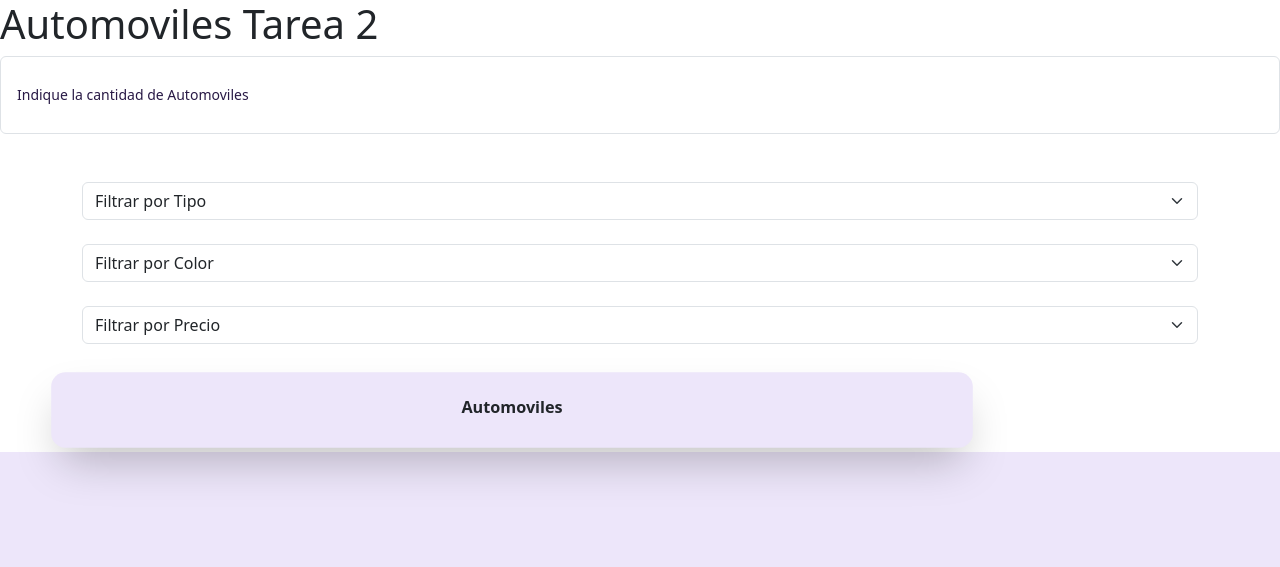
Repository: Claudioxs/Tarea2
Page: /automovil (app in FrontEnd/vue-project/)
The author's editor kept a copy of each file at every save. The page is drawn from the files as they stood at one save, then again after the next save.
The browser window is 1280 px wide. The pictures show the whole page.
The project was rebuilt for these pictures with package versions that can differ from the ones it lists, and the page was loaded fresh each time. Also part of the build but not shown: FrontEnd/vue-project/vite.config.js, FrontEnd/vue-project/src/components/HelloWorld.vue.

Above is the page before, as saved 2023-05-22 23:45:30.

### FrontEnd/vue-project/src/main.js


import { createApp } from 'vue'
import App from './App.vue'
import router from './router'
import './style.css'
import 'bootstrap/dist/css/bootstrap.css'
import bootstrap from 'bootstrap/dist/js/bootstrap.bundle.js'

const app = createApp(App)

app.use(router,bootstrap)

app.mount('#app')

### FrontEnd/vue-project/src/App.vue
<script setup>
import { RouterLink, RouterView } from 'vue-router'
import HelloWorld from './components/HelloWorld.vue'
</script>

<template>

  <RouterView />
</template>

<style scoped>

</style>

### FrontEnd/vue-project/src/router/index.js
import { createRouter, createWebHistory } from 'vue-router'

import Automovil from '../views/Automovil.vue'

const router = createRouter({
  history: createWebHistory(import.meta.env.BASE_URL),
  routes: [

    {
      path: '/automovil',
      name: 'automovil',
      component: Automovil
    }
  ]
})

export default router

### FrontEnd/vue-project/src/views/Automovil.vue
<template>



<h1 >Automoviles Tarea 2</h1>

<div class="form-control ">
  <label class="label">
    <span class="label-text">Indique la cantidad de Automoviles </span>
    <br><br>

  </label>
 <div class="modal"  >
  <input type="number" placeholder="Ingrese N°" class="input input-bordered input-success w-full max-w-xs" />
    <label for="ModalBorrar"  @click="crearAutomovil(label-text)" class="btn" style="background-color: #36D399">Confirmar</label>
  </div>
</div>
<br><br>
<div class="container">

<select class="form-select" aria-label="Default select example" aria-expanded="false">
  <option selected>Filtrar por Tipo</option>
  <option value="1">Sedan</option>
  <option value="2">Camioneta</option>
  <option value="3">SUV</option>

</select> <br>
<select class="form-select" aria-label="Default select example">
  <option selected>Filtrar por Color</option>
  <option value="1">Rojo</option>
  <option value="2">Blanco</option>
  <option value="3">Negro</option>
  <option value="4">Azul</option>
  <option value="5">Amarillo</option>

</select> <br>
<select class="form-select" aria-label="Default select example">
  <option selected>Filtrar por Precio</option>
  <option value="1">10000000</option>
  <option value="1">20000000</option>
  <option value="2">30000000</option>

</select>
</div> <br>

<div class="modal-box w-11/12 max-w-5xl">

    <h3 class="font-bold text-lg" align="center">Automoviles</h3>



</div>




</template>

<style>
.container{
   margin-left: 5px;
   padding-right: 900px;

}
.modal-action{
  display: block;
}


</style>

<script>
import axios from 'axios'

export default {

  data: () => ({


  }),

  methods: {

    cearAutomovil(cant){
     axios({
       method: "GET",
       url: "http://localhost:8080/automovil/generate?cantidad="+cant,

       }).then((res) => {
        alert(
         "Automoviles creados"
        )
       }).catch((err) => console.log(err));
    },

    //filtramos por color
    filtrarColor(col){
      axios({
       method: "GET",
       url: "http://localhost:8080/automovil/buscarPorColor?color="+col,

       }).then((res) => {
        alert(
         "Periodo Añadido correctamente a asignatura"
        )
       }).catch((err) => console.log(err));
    }
   }

}

</script>

### FrontEnd/vue-project/tailwind.config.js
/** @type {import('tailwindcss').Config} */
module.exports = {
  daisyui: {
    themes: [
      {
        mytheme: {

            "primary": "#1D0027",

            "secondary": "#A181E2",

            "accent": "#37CDBE",

            "neutral": "#D9D9D9",

            "base-100": "#EDE6FA",

            "info": "#3ABFF8",

            "success": "#36D399",

            "warning": "#FBBD23",

            "error": "#F87272",
        },
      },
    ],
  },
  content: ["./index.html","./src/**/*.{vue,js,ts,jsx,tsx}"],
  theme: {
    extend: {},
  },
  plugins: [require("daisyui")],
}

Loaded but not shown: FrontEnd/vue-project/index.html (common file); FrontEnd/vue-project/src/style.css (common file)

After the next save:
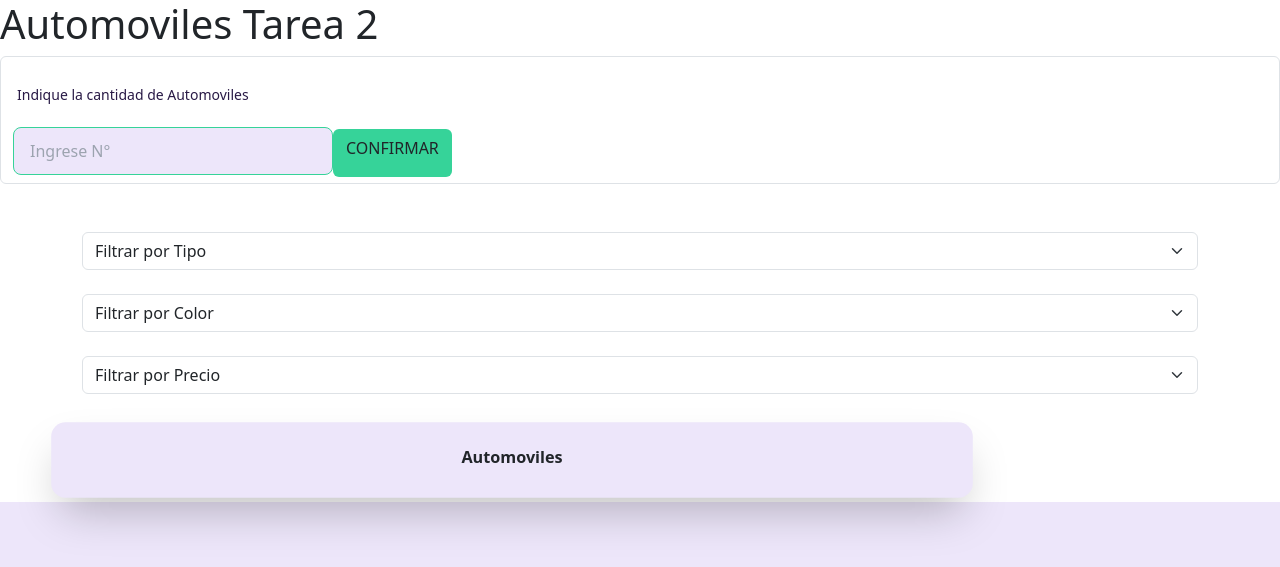
Saved 11 s later.
--- a/FrontEnd/vue-project/src/views/Automovil.vue
+++ b/FrontEnd/vue-project/src/views/Automovil.vue
@@ -10,7 +10,7 @@
     <br><br>
 
   </label>
- <div class="modal"  >
+ <div class="modal-start"  >
   <input type="number" placeholder="Ingrese N°" class="input input-bordered input-success w-full max-w-xs" />
     <label for="ModalBorrar"  @click="crearAutomovil(label-text)" class="btn" style="background-color: #36D399">Confirmar</label>
   </div>
